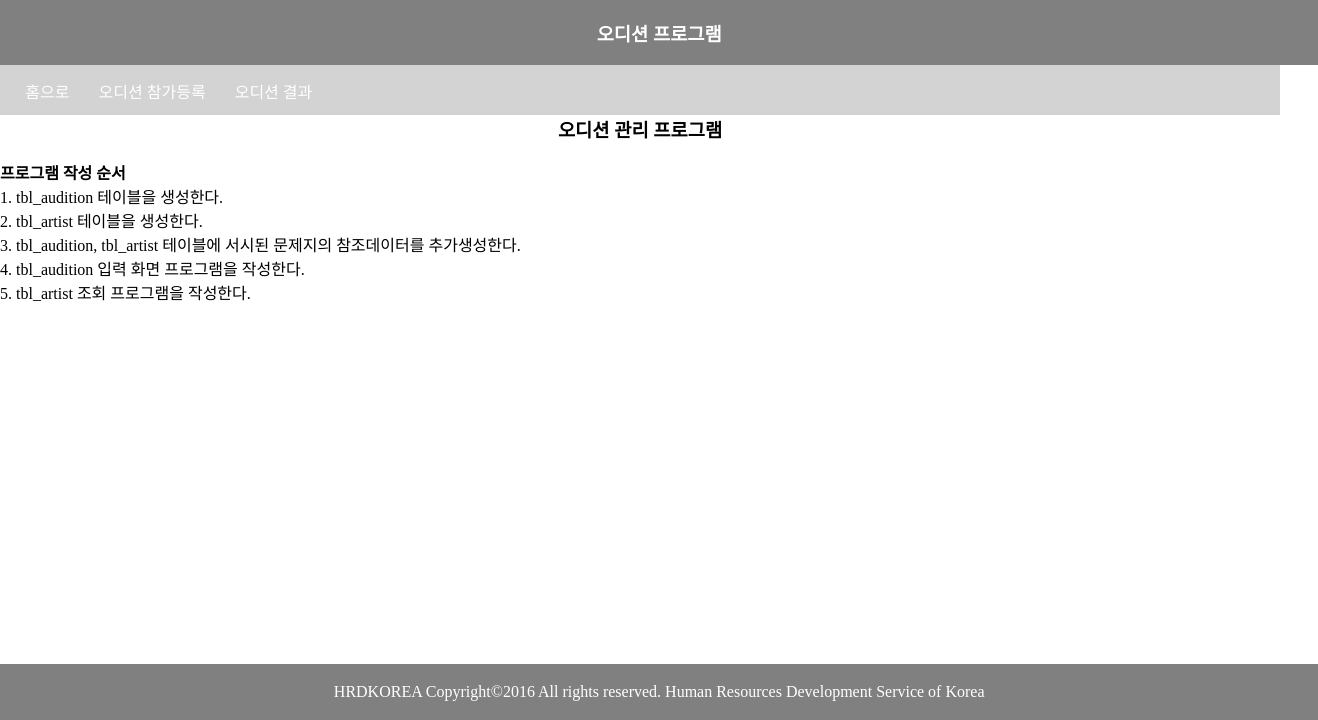
Repository: jieun000/Craftsman_Information_Processing
Page: http://localhost/Test/main.jsp
The author's editor kept a copy of each file at every save. The page is drawn from the files as they stood at one save, then again after a run of saves.
The browser window is 1280 px wide. The page is 1318 px wide, so the pictures cover 1318 px, including what lies to the right of the window. The pictures show the whole page.
The page is served by Tomcat 9.

Above is the page before, as saved 2023-09-06 01:25:04.

### 02_study/Test/src/main/webapp/main.jsp
<%@ page language="java" contentType="text/html; charset=UTF-8"
    pageEncoding="UTF-8"%>
<!DOCTYPE html>
<html>
<head>
<meta charset="UTF-8">
<title>Insert title here</title>
<style type="text/css">
* { margin: 0; padding: 0; }
nav > a { text-decoration: none; color: white; padding: 1%;}
nav > a:hover { background: gray; }
</style>
</head>
<body>
	<header style="background: gray; color: white; text-align: center; width: 100%; padding: 1.5%;">
		<h3>오디션 프로그램</h3>
	</header>
	<nav style="background: lightgray; padding: 1%;">
		<a href="main.jsp">홈으로</a>
		<a href="joinForm.jsp">오디션 참가등록</a>
		<a href="result.jsp">오디션 결과</a>
	</nav>
	<section>
		<h3 style="text-align: center;">오디션 관리 프로그램</h3>
		&nbsp;<h4>프로그램 작성 순서</h4>
		<span>1. tbl_audition 테이블을 생성한다.</span> <br>
		<span>2. tbl_artist 테이블을 생성한다.</span> <br>
		<span>3. tbl_audition, tbl_artist 테이블에 서시된 문제지의 참조데이터를 추가생성한다.</span> <br>
		<span>4. tbl_audition 입력 화면 프로그램을 작성한다.</span> <br>
		<span>5. tbl_artist 조회 프로그램을 작성한다.</span>
	</section>
	<footer style="background: gray; color: white; width: 100%; text-align: center; padding: 1.5%; position: absolute; bottom: 0;">
		<p>
			HRDKOREA Copyright&copy;2016 All rights reserved. Human Resources Development Service of Korea
		</p>
	</footer>
</body>
</html>

After the next 2 saves:
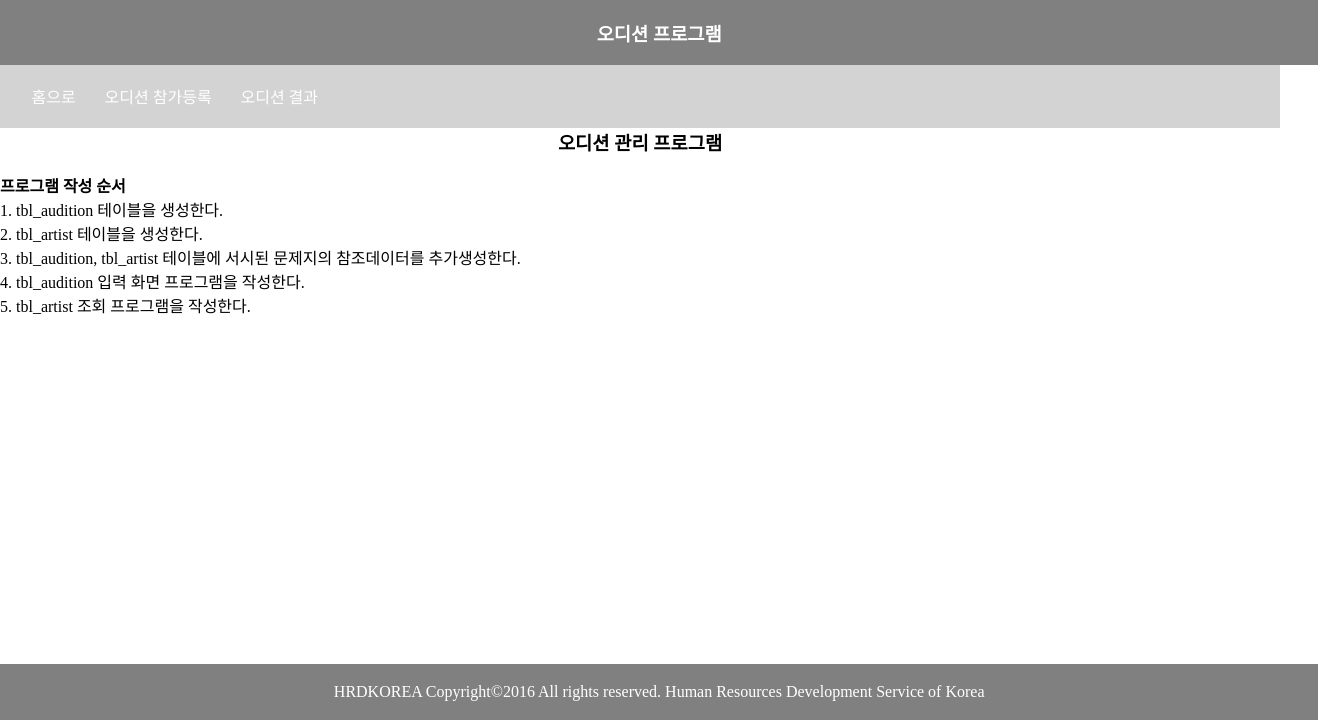
The 2 saves are shown as one change because they came seconds apart.
The last was saved 14 s later.
--- a/02_study/Test/src/main/webapp/main.jsp
+++ b/02_study/Test/src/main/webapp/main.jsp
@@ -15,7 +15,7 @@
 	<header style="background: gray; color: white; text-align: center; width: 100%; padding: 1.5%;">
 		<h3>오디션 프로그램</h3>
 	</header>
-	<nav style="background: lightgray; padding: 1%;">
+	<nav style="background: lightgray; padding: 1.5%;">
 		<a href="main.jsp">홈으로</a>
 		<a href="joinForm.jsp">오디션 참가등록</a>
 		<a href="result.jsp">오디션 결과</a>

After the save that followed:
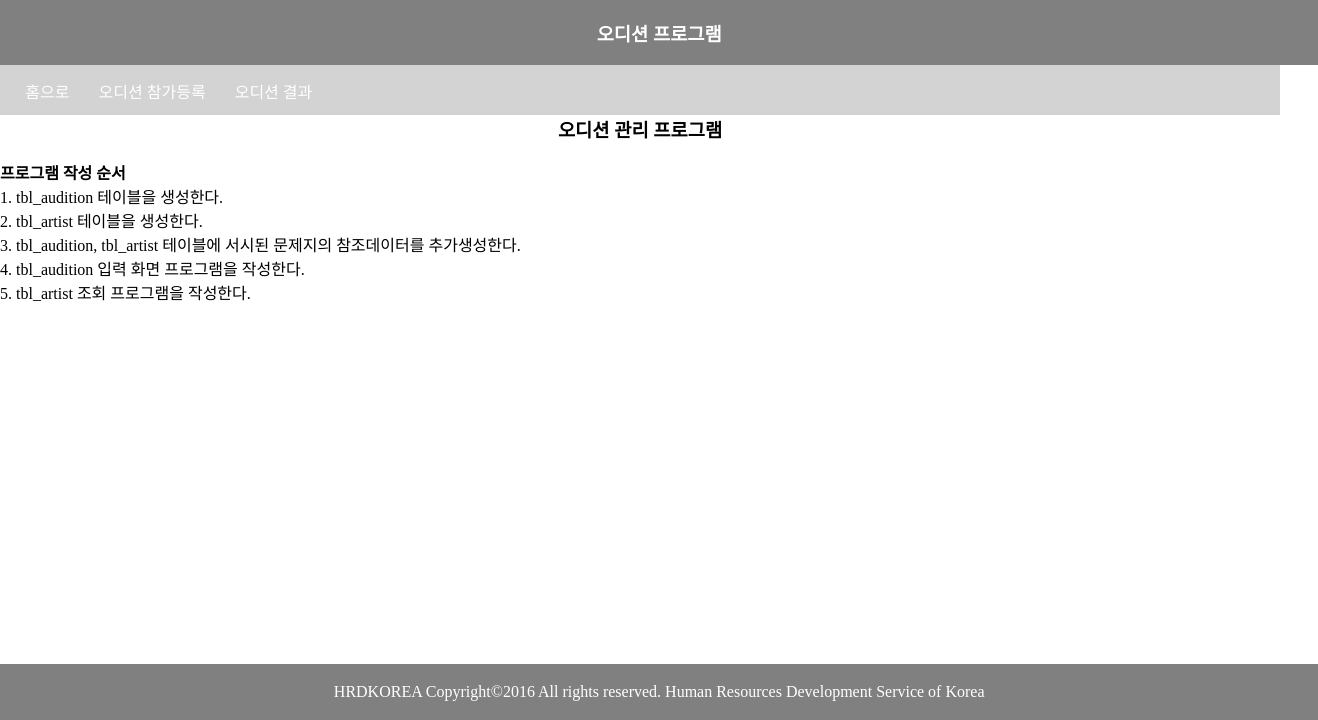
Saved 5 s later.
--- a/02_study/Test/src/main/webapp/main.jsp
+++ b/02_study/Test/src/main/webapp/main.jsp
@@ -15,7 +15,7 @@
 	<header style="background: gray; color: white; text-align: center; width: 100%; padding: 1.5%;">
 		<h3>오디션 프로그램</h3>
 	</header>
-	<nav style="background: lightgray; padding: 1.5%;">
+	<nav style="background: lightgray; padding: 1%;">
 		<a href="main.jsp">홈으로</a>
 		<a href="joinForm.jsp">오디션 참가등록</a>
 		<a href="result.jsp">오디션 결과</a>
